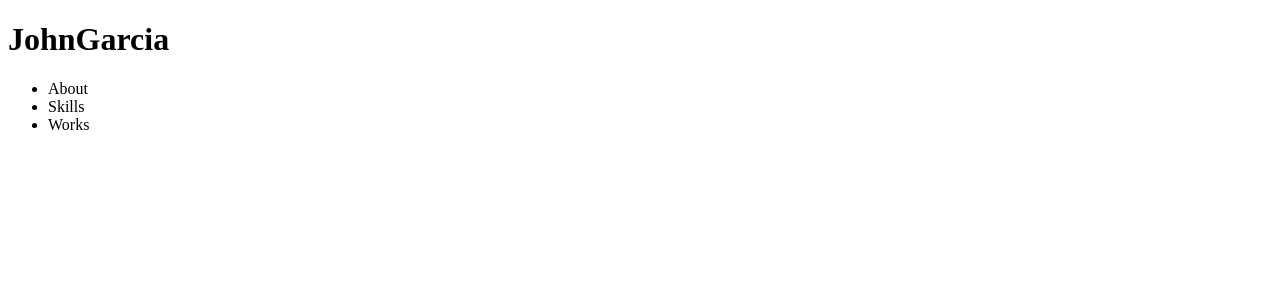
Repository: johnraygarcia/johnraygarcia.github.io
Page: index.html
The author's editor kept a copy of each file at every save. The page is drawn from the files as they stood at one save, then again after the next save.
The browser window is 1280 px wide. The pictures show the whole page.

Above is the page before, as saved 2019-04-06 08:38:55.

After the next save:
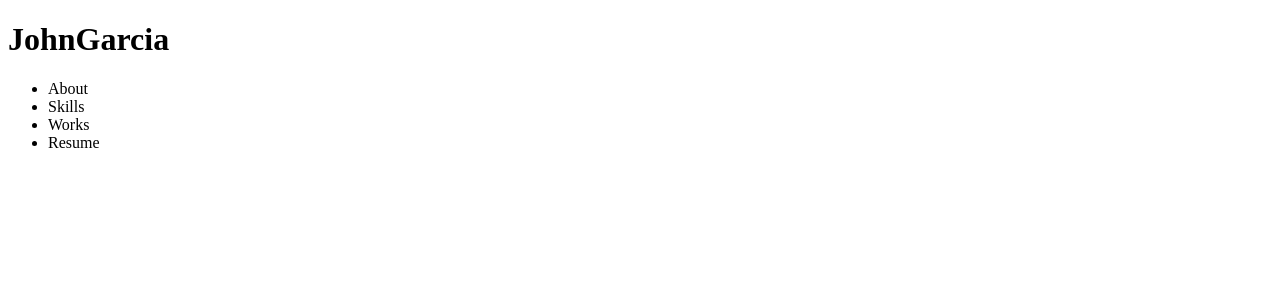
Saved 4 min 50 s later.
--- a/index.html
+++ b/index.html
@@ -11,6 +11,7 @@
             <li>About</li>
             <li>Skills</li>
             <li>Works</li>
+            <li>Resume</li>
         </ul>
     </div>
     <div class="col">
